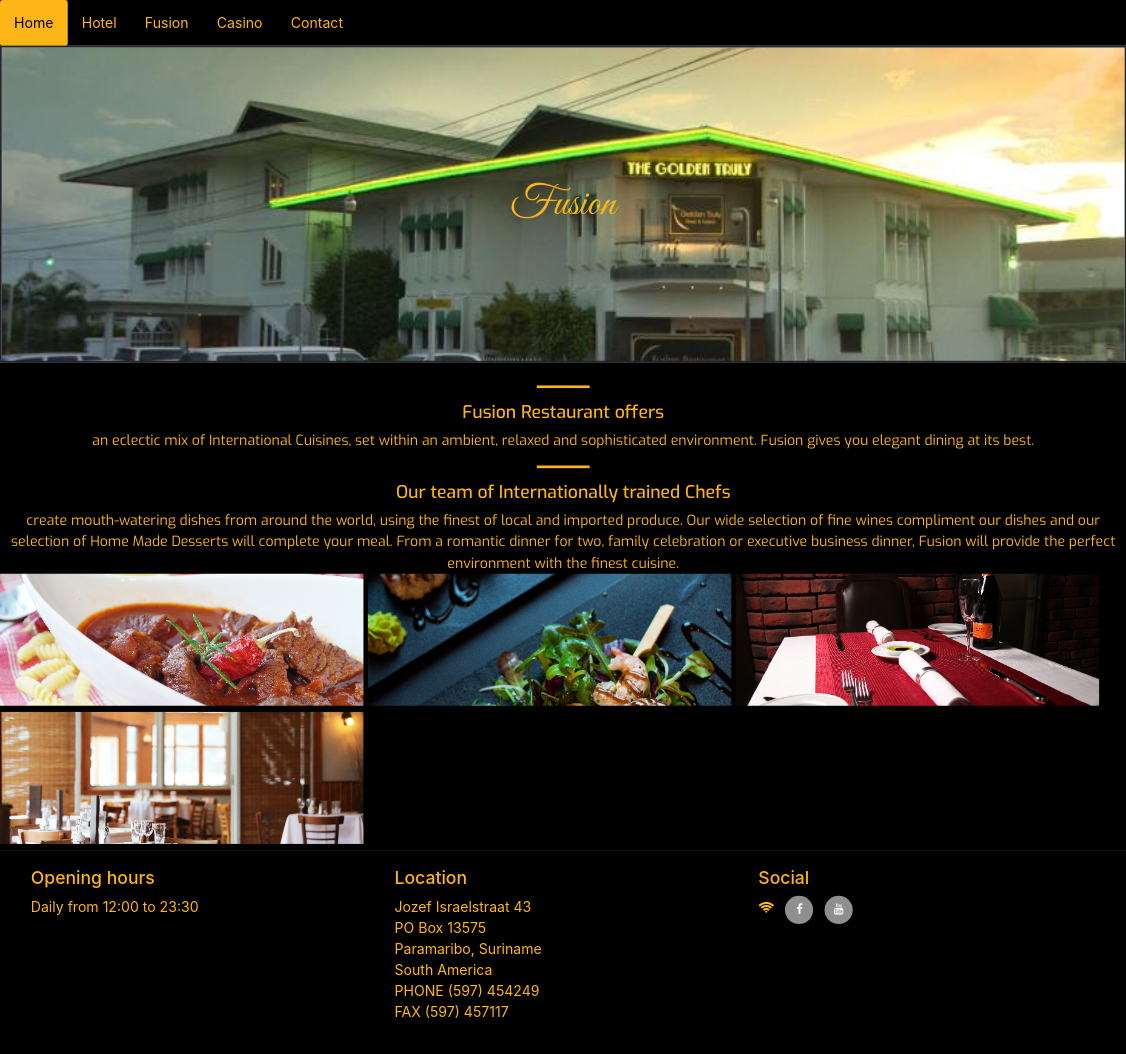
Repository: Code-Institute-Submissions/anthonycaf-Milestone1
Page: fusion.html
The author's editor kept a record of every edit. The page is drawn from the files as they stood at one moment, then again after the next edit.
The browser window is 1280 px wide. The pictures show the whole page, at 88% of full size.

Above is the page before.

After the next edit:
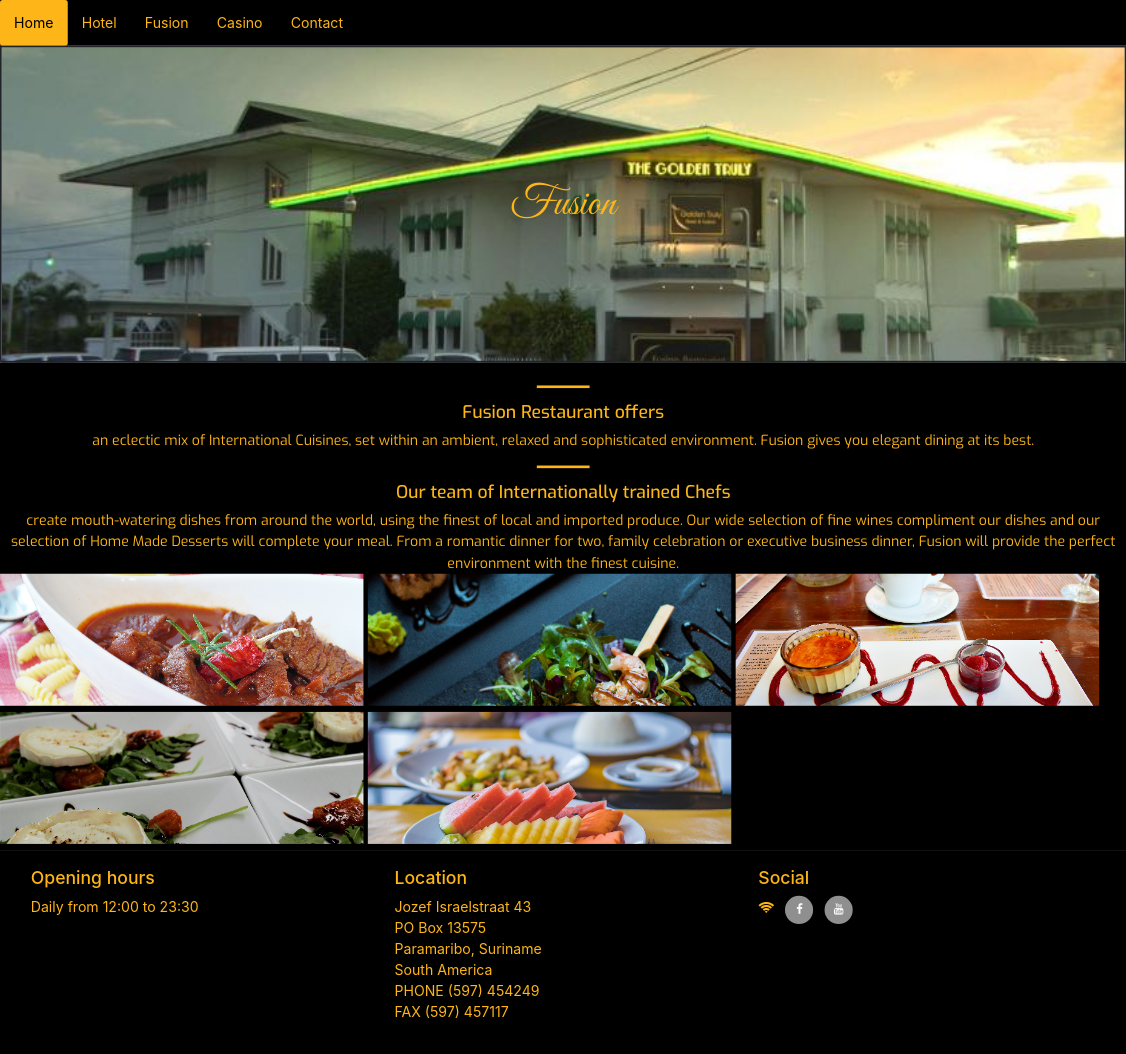
The edit:
--- a/fusion.html
+++ b/fusion.html
@@ -45,8 +45,9 @@
    <div class="bg-food col-4 bg-food-img1 ">
      <a href="index.html"></a></div>
     <div class="bg-food col-4 bg-food-img3"><a href="index.html"></a></div>
-      <div class="bg-food col-4 bg-food-img7"><a href="index.html"></a></div>
-     <div class="bg-food col-4 bg-food-img4"><a href="index.html"></a></div>
+      <div class="bg-food col-4 bg-food-img2"><a href="index.html"></a></div>
+     <div class="bg-food col-4 bg-food-img6"><a href="index.html"></a></div>
+     <div class="bg-food col-4 bg-food-img5"><a href="index.html"></a></div>
 
  </section>
  </main>
